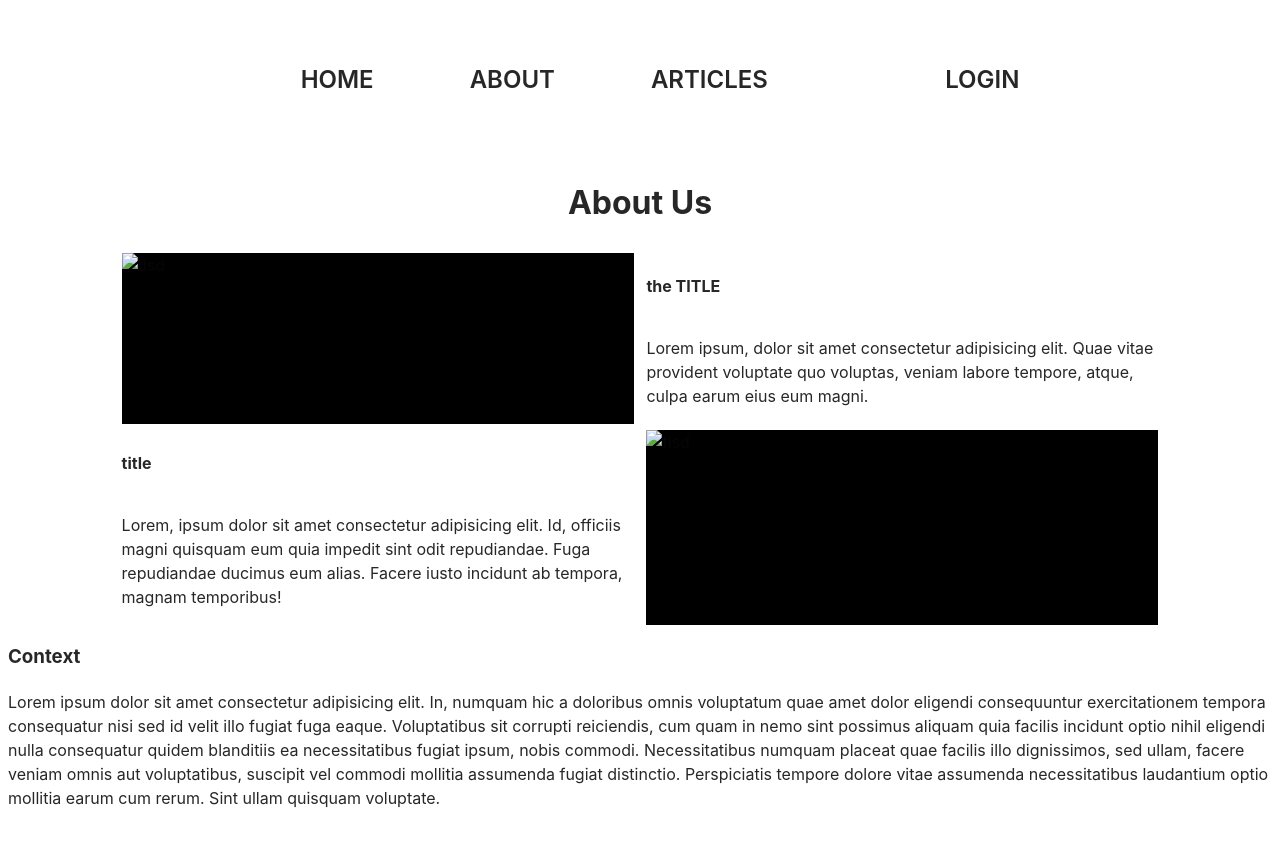
Repository: ValGrace/-static-site
Page: /about (app in client/)
An editor plug-in stored every save of this project. The page is shown before and after the next save, followed by the edit.
The browser window is 1280 px wide. The pictures show the whole page.
The project was rebuilt for these pictures with package versions that can differ from the ones it lists, and the page was loaded fresh each time. Also part of the build but not shown: client/vite.config.js, client/src/Utils/appwrite.js, client/src/Components/Inputs.css, client/src/Components/Login.jsx, client/src/Components/Signup.jsx, client/src/Components/HomeSection.jsx, client/src/Components/TopSection.jsx, client/src/Pages/HomePage.jsx.

Above is the page before, as saved 2023-02-07 13:21:53.

### client/src/main.jsx
import React from 'react'
import ReactDOM from 'react-dom/client'
import App from './App'
import './index.css'
import { BrowserRouter } from 'react-router-dom'
ReactDOM.createRoot(document.getElementById('root')).render(
  <React.StrictMode>
    <BrowserRouter>
    <App />
    </BrowserRouter>
  </React.StrictMode>,
)

### client/src/App.jsx
import PageRouter from './Routing/PageRouter'
import './App.css'

function App() {


  return (
    <div className="App">
      <PageRouter />
    </div>
  )
}

export default App

### client/src/index.css
:root {
  font-family: Inter, system-ui, Avenir, Helvetica, Arial, sans-serif;
  line-height: 1.5;
  font-weight: 400;

  color-scheme: light dark;
  color: rgba(7, 7, 7, 0.87);
  background-color: #ffffff;

  font-synthesis: none;
  text-rendering: optimizeLegibility;
  -webkit-font-smoothing: antialiased;
  -moz-osx-font-smoothing: grayscale;
  -webkit-text-size-adjust: 100%;
}

/* a {
  font-weight: 500;
  color: #646cff;
  text-decoration: inherit;
}
a:hover {
  color: #535bf2;
}

body {
  margin: 0;
  display: flex;
  place-items: center;
  min-width: 320px;
  min-height: 100vh;
}

h1 {
  font-size: 3.2em;
  line-height: 1.1;
}

button {
  border-radius: 8px;
  border: 1px solid transparent;
  padding: 0.6em 1.2em;
  font-size: 1em;
  font-weight: 500;
  font-family: inherit;
  background-color: #1a1a1a;
  cursor: pointer;
  transition: border-color 0.25s;
}
button:hover {
  border-color: #646cff;
}
button:focus,
button:focus-visible {
  outline: 4px auto -webkit-focus-ring-color;
}

@media (prefers-color-scheme: light) {
  :root {
    color: #213547;
    background-color: #ffffff;
  }
  a:hover {
    color: #747bff;
  }
  button {
    background-color: #f9f9f9;
  }
} */

### client/src/Routing/PageRouter.jsx
import Dashboard from "../Pages/Dashboard";
import HomePage from "../Pages/HomePage";
import { Routes, Route} from "react-router-dom"
import AboutPage from "../Pages/aboutPage";
const PageRouter = () => {
    return (
        <Routes>
            <Route path="/" element={<Dashboard />} />
            <Route path="/home" element={<HomePage />} />
            <Route path="/about" element={<AboutPage />} />

        </Routes>
    )
}

export default PageRouter

### client/src/App.css
.App {
  display: flex;
  flex-direction: column;
  justify-content: center;
  align-items: center;
}

### client/src/Pages/Dashboard.jsx
import React, { useReducer} from 'react'
import Login from '../Components/Login'
import Signup from '../Components/Signup'
import "../Components/Inputs.css"
const initialState = {page : <Login />}
function reducer(state, action) {
    switch(action.type) {
        case 'loginpage':
          return { page: <Login />}
        case 'signuppage':
            return { page: <Signup />}
        default:
            return { page: <h2>Loading....</h2>}
    }
}
const Dashboard = () => {
    const [state, dispatch] = useReducer(reducer, initialState)
    return (
        <div className='dashboard'>
         <h2>Static Site Generator</h2>
         <div>Static site Image</div>
         <div className='dash' id='dash'>
            <div className='toggleForms'>
                <button onClick={() => dispatch({type: 'loginpage'})} className="type-btn">Login</button>
                <button onClick={() => dispatch({type: 'signuppage'})} className="type-btn">Signup</button>
                </div>
            <React.Fragment>{state.page}</React.Fragment>

            <button id="auth-btns">Login with Github account</button>
            <button id="auth-btns">Login with Google account</button>
         </div>
       </div>
    )
}

export default Dashboard

### client/src/Pages/aboutPage.jsx
import Navbar from "../Components/Navbar"
import "../Components/InfoPage.css"
const AboutPage = () => {
   return (
    <>
    <Navbar />
    <h2 id="about-page">about us</h2>
    <div className="about-mid">
        <div className="about-info">
        <div className="abt-img">
            <img src="" alt="tisd" />
            </div>
            <div className="abt-pg">
            <h4>the TITLE</h4>
            <p>Lorem ipsum, dolor sit amet consectetur adipisicing elit. Quae vitae provident voluptate quo voluptas, veniam labore tempore, atque, culpa earum eius eum magni.</p>
            </div>
        </div>
        <div className="about-info" id="abt-info">
            <div className="abt-img">
                <img src="" alt="tisd" />
                </div>
            <div className="abt-pg">
            <h4>title</h4>
            <p>Lorem, ipsum dolor sit amet consectetur adipisicing elit. Id, officiis magni quisquam eum quia impedit sint odit repudiandae. Fuga repudiandae ducimus eum alias. Facere iusto incidunt ab tempora, magnam temporibus!</p>
            </div>
        </div>

    </div>
    <div>
        <h3>Context</h3>
        <div>
            <p>Lorem ipsum dolor sit amet consectetur adipisicing elit. In, numquam hic a doloribus omnis voluptatum quae amet dolor eligendi consequuntur exercitationem tempora consequatur nisi sed id velit illo fugiat fuga eaque. Voluptatibus sit corrupti reiciendis, cum quam in nemo sint possimus aliquam quia facilis incidunt optio nihil eligendi nulla consequatur quidem blanditiis ea necessitatibus fugiat ipsum, nobis commodi. Necessitatibus numquam placeat quae facilis illo dignissimos, sed ullam, facere veniam omnis aut voluptatibus, suscipit vel commodi mollitia assumenda fugiat distinctio. Perspiciatis tempore dolore vitae assumenda necessitatibus laudantium optio mollitia earum cum rerum. Sint ullam quisquam voluptate.</p>
            <div>
                <img src="" alt="" />
            </div>
        </div>
    </div>
    </>
   )
}

export default AboutPage

### client/src/Components/Navbar.jsx
import "./Navbar.css"
const Navbar = () => {
    return (
        <nav>
            <ul>
                <li>home</li>
                <li>about</li>
                <li>articles</li>
            </ul>
            <ul>
                <li>Login</li>
            </ul>
        </nav>
    )
}

export default Navbar

### client/src/Components/InfoPage.css
#about-page {
    font-size:2rem;
    text-transform: capitalize;

    width: 80vw;

    text-align: center;
}

.about-mid {
   display: flex;
   gap: 0.4rem;
   flex-wrap: wrap;
   flex-direction: column;
}

.about-info {
    /* width: 25vw; */
    display: flex;
    flex-direction: column;

}

.abt-img {
    background-color: black;
    width: 75vw;

}

@media screen and (min-width: 670px) {
    #abt-info {
        flex-direction: row-reverse;
    }
    .about-info {
        flex-direction: row;
        justify-content: center;
        gap: 0.8em;

    }
    .abt-pg {
        display: flex;
        flex-direction: column;
        width: 40vw;
    }
    .abt-img {
        width: 40vw;
    }
}

### client/src/Components/Navbar.css
nav {
    width: 70vw;
    height: 20vh;
    display: flex;
}

nav > ul{
  display: flex;
  flex-direction: row;
  text-transform: uppercase;
  list-style-type: none;
  justify-content: center;
  align-items: center;
  gap: 4em;
  font-weight: 600;
  font-size: 1.5rem;
  flex-grow: 1;
}

#top-text {
    width: 80vw;
}

#top-text > h2 {
    font-size: 4.5rem;
    text-transform: capitalize;
    margin: 0;
    /* float: left; */
}

#top-text > p {
    float: right;

}

.head-section {
    display: flex;
    width: 80vw;
    gap: 0.5em;
    flex-wrap: wrap;
}

.head-img {
    background-color: rgb(1, 51, 51);
    width: 50%;
    border-radius: 0.9em;
    height: 30vh;
}

.side-section {
    display: flex;
    flex-direction: row;
    gap: 0.3rem;
    width: 40%;
}

.side-img {
    background-color: black;
    width: 5rem;
    height: 4rem;
    border-radius: 50%;
}

.side-blogs > h4, .side-blogs > p {
    margin: 0;
}

.site-descr {
    width: 80vw;
    background-color: rgba(1, 1, 12, 0.979);
    color: rgba(255, 255, 255, 0.767);
    border-radius: 9px;
    margin-top: 0.9rem;
    display: flex;
    /* gap: 0.4rem; */
    padding: 0.4rem;
    height: 25vh;
    margin-bottom: 3em;
}

.site-descr > p {
    width: 75%;
}
.site-sep {
    width: 0.1rem;
    height: 90%;
    background-color: azure;
    margin-right: 0.7rem;
}


.value-section {
   width: 80vw;
    display: flex;
    gap: 0.3rem;
    flex-wrap: wrap;
}

.single-value {
    border: 0.9px solid rgba(0, 0, 0, 0.87);
    padding: 0.8em;
    width: 20rem;
}

Loaded but not shown: client/index.html (common file)

After the next save:
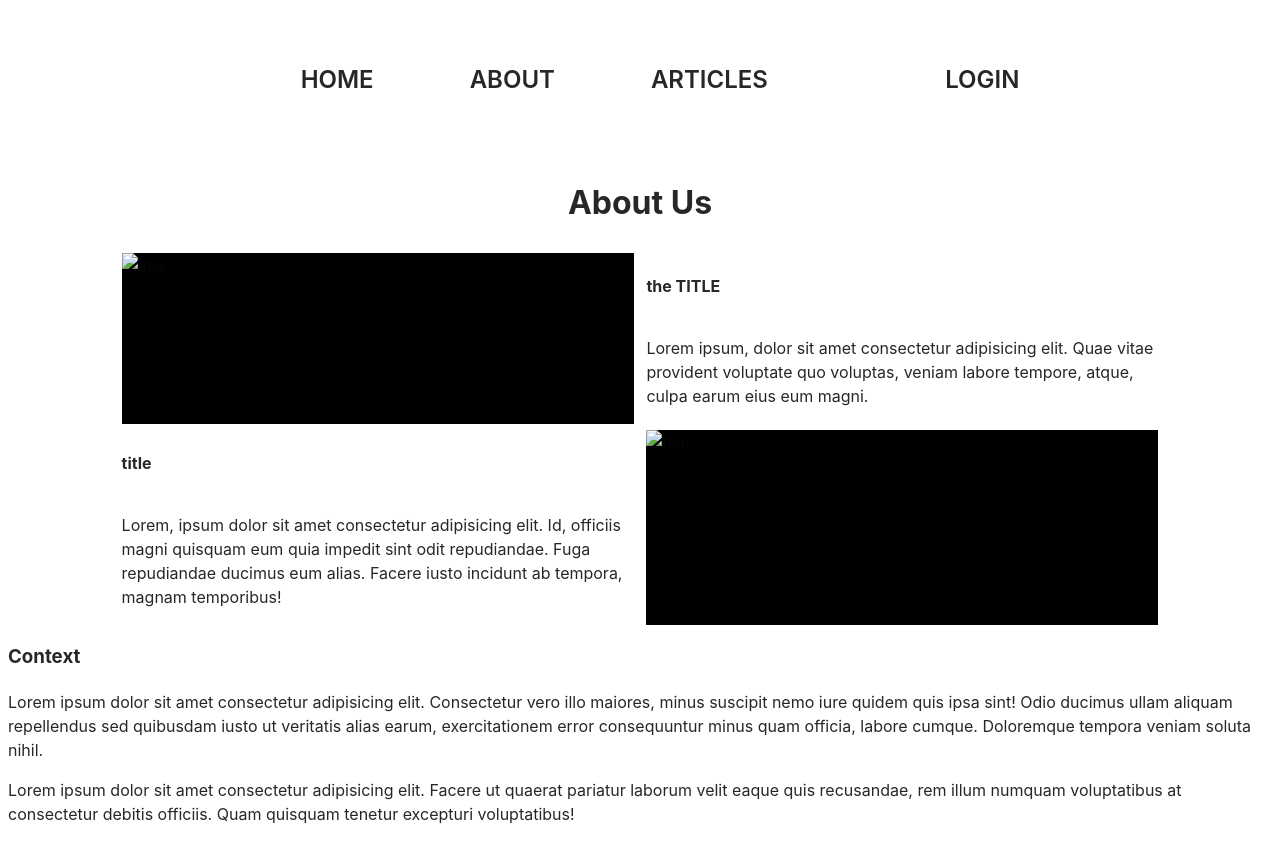
Saved 87 s later.
--- a/client/src/Pages/aboutPage.jsx
+++ b/client/src/Pages/aboutPage.jsx
@@ -29,10 +29,9 @@ const AboutPage = () => {
     <div>
         <h3>Context</h3>
         <div>
-            <p>Lorem ipsum dolor sit amet consectetur adipisicing elit. In, numquam hic a doloribus omnis voluptatum quae amet dolor eligendi consequuntur exercitationem tempora consequatur nisi sed id velit illo fugiat fuga eaque. Voluptatibus sit corrupti reiciendis, cum quam in nemo sint possimus aliquam quia facilis incidunt optio nihil eligendi nulla consequatur quidem blanditiis ea necessitatibus fugiat ipsum, nobis commodi. Necessitatibus numquam placeat quae facilis illo dignissimos, sed ullam, facere veniam omnis aut voluptatibus, suscipit vel commodi mollitia assumenda fugiat distinctio. Perspiciatis tempore dolore vitae assumenda necessitatibus laudantium optio mollitia earum cum rerum. Sint ullam quisquam voluptate.</p>
-            <div>
-                <img src="" alt="" />
-            </div>
+            <p>Lorem ipsum dolor sit amet consectetur adipisicing elit. Consectetur vero illo maiores, minus suscipit nemo iure quidem quis ipsa sint! Odio ducimus ullam aliquam repellendus sed quibusdam iusto ut veritatis alias earum, exercitationem error consequuntur minus quam officia, labore cumque. Doloremque tempora veniam soluta nihil.</p>
+            <p>Lorem ipsum dolor sit amet consectetur adipisicing elit. Facere ut quaerat pariatur laborum velit eaque quis recusandae, rem illum numquam voluptatibus at consectetur debitis officiis. Quam quisquam tenetur excepturi voluptatibus!</p>
+
         </div>
     </div>
     </>
